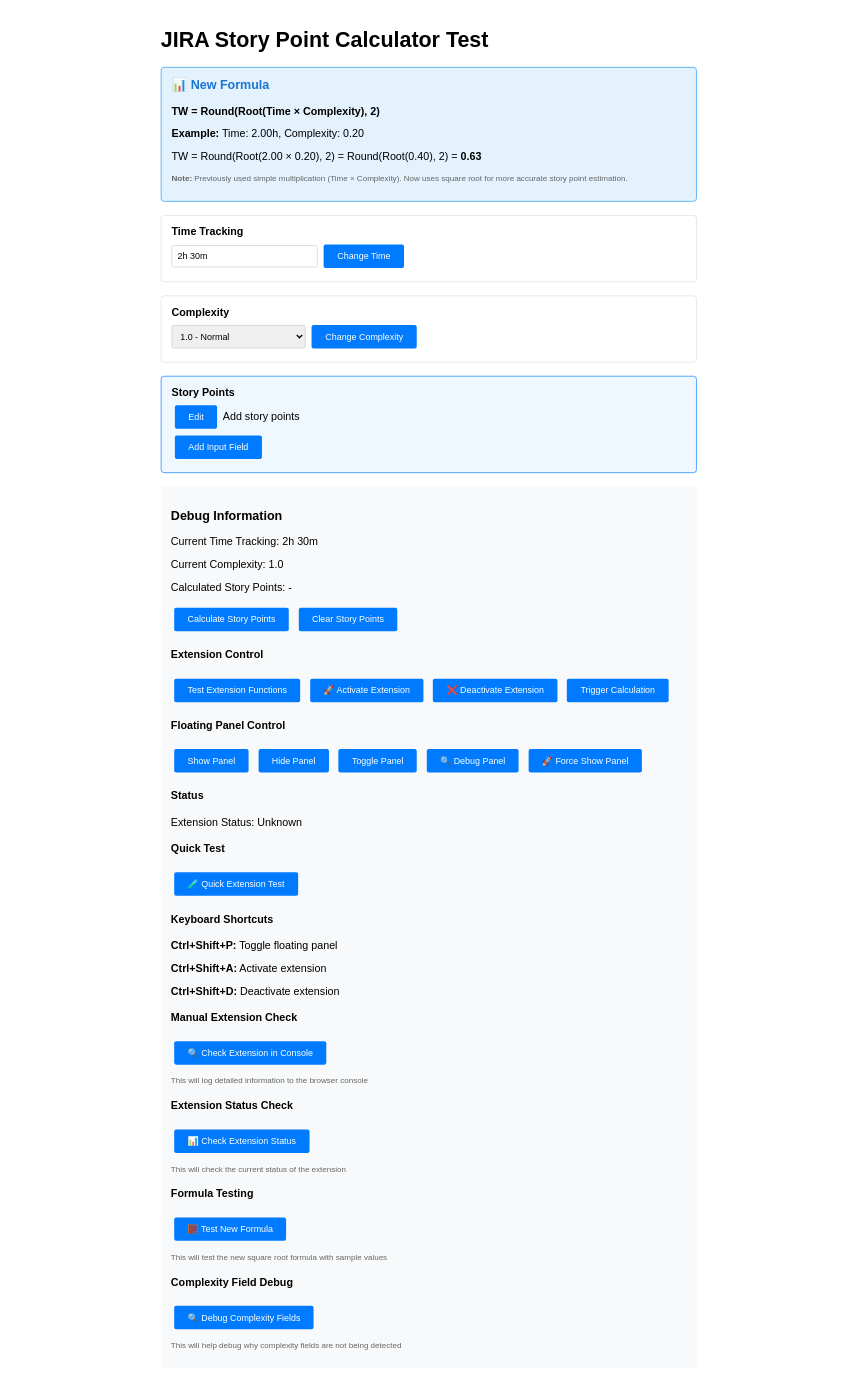
Repository: nirazanbasnet/jira-story-point-calculator
Page: test.html
An editor plug-in stored every save of this project. The page is shown before and after the next save, followed by the edit.
The browser window is 1280 px wide. The pictures show the whole page, at 67% of full size.

Above is the page before, as saved 2025-09-01 21:54:23.

After the next save:
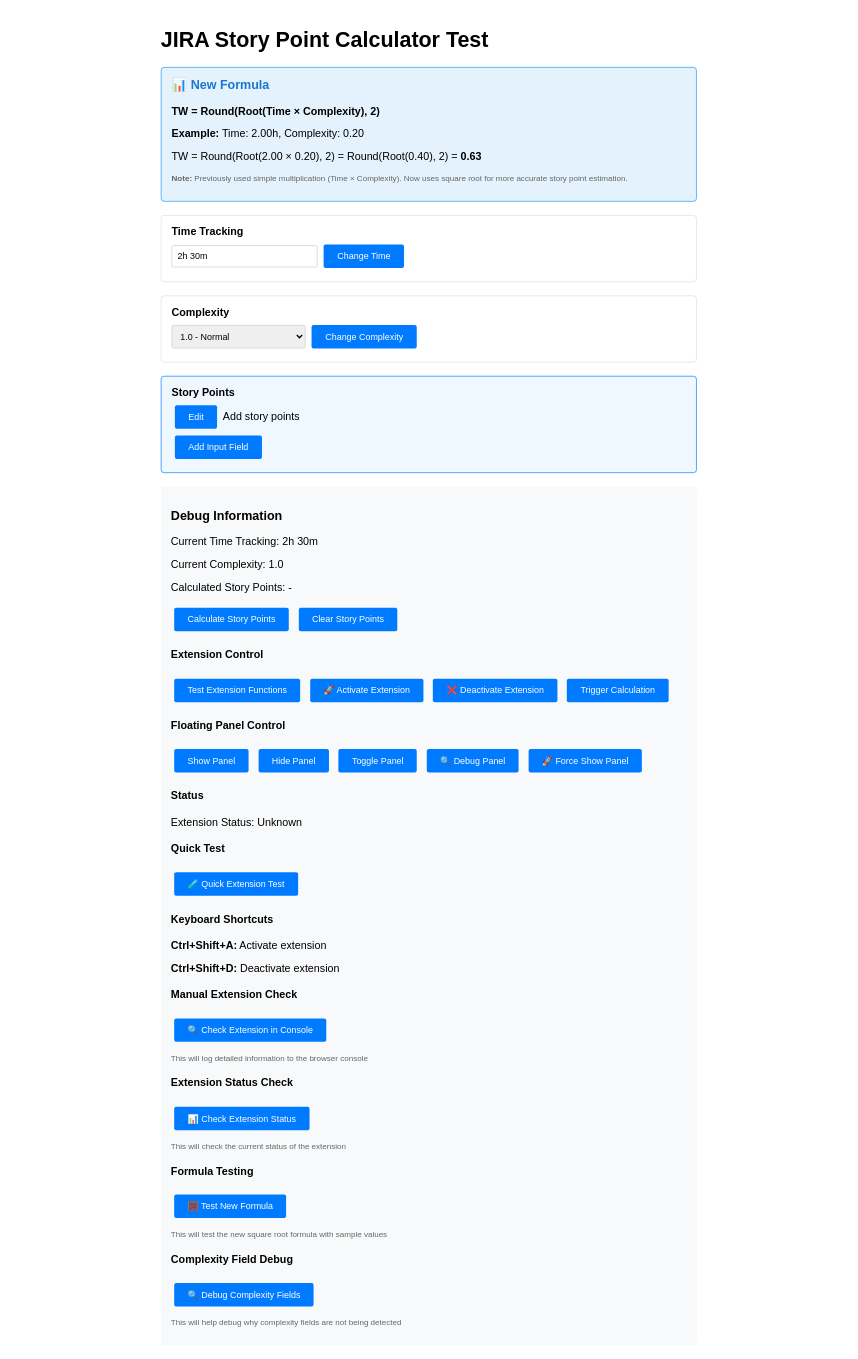
Saved 6 s later.
--- a/test.html
+++ b/test.html
@@ -142,7 +142,7 @@
         </div>
 
         <h4>Keyboard Shortcuts</h4>
-        <p><strong>Ctrl+Shift+P:</strong> Toggle floating panel</p>
+
         <p><strong>Ctrl+Shift+A:</strong> Activate extension</p>
         <p><strong>Ctrl+Shift+D:</strong> Deactivate extension</p>
 
